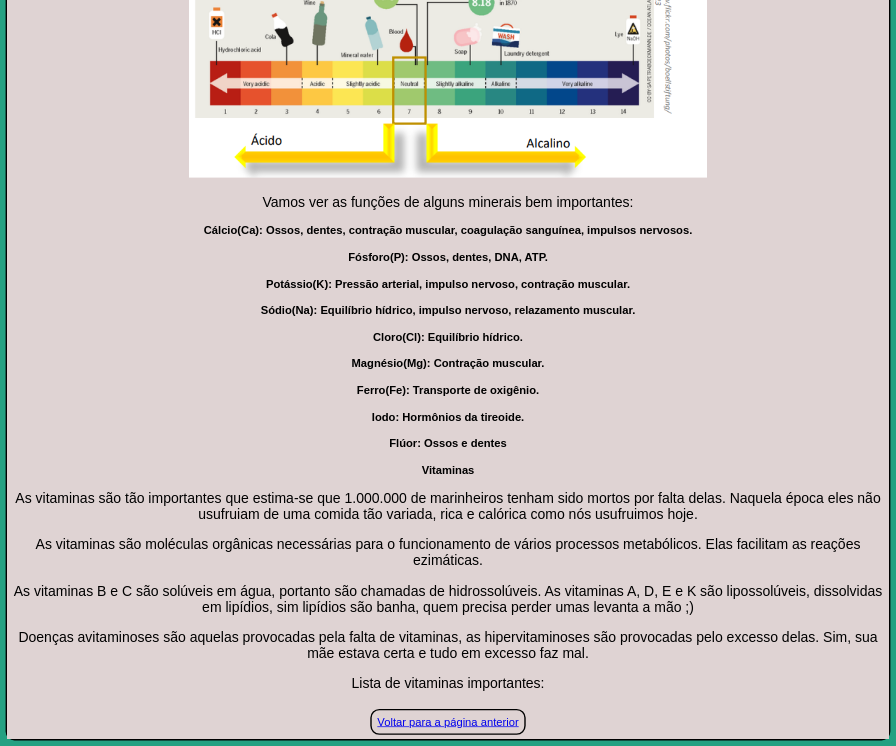
Repository: batmit/FutureFundation.github.io-1
Page: menu/articles/biologia/bioquimica.html
An editor plug-in stored every save of this project. The page is shown before and after the next save, followed by the edit.
The browser window is 1280 px wide. The pictures show the part of the page from y = 1064 to 2984 px (the page is 2130 px tall before and 2984 px after), at 70% of full size.

Above is the page before, as saved 2021-09-22 18:23:00.

After the next save:
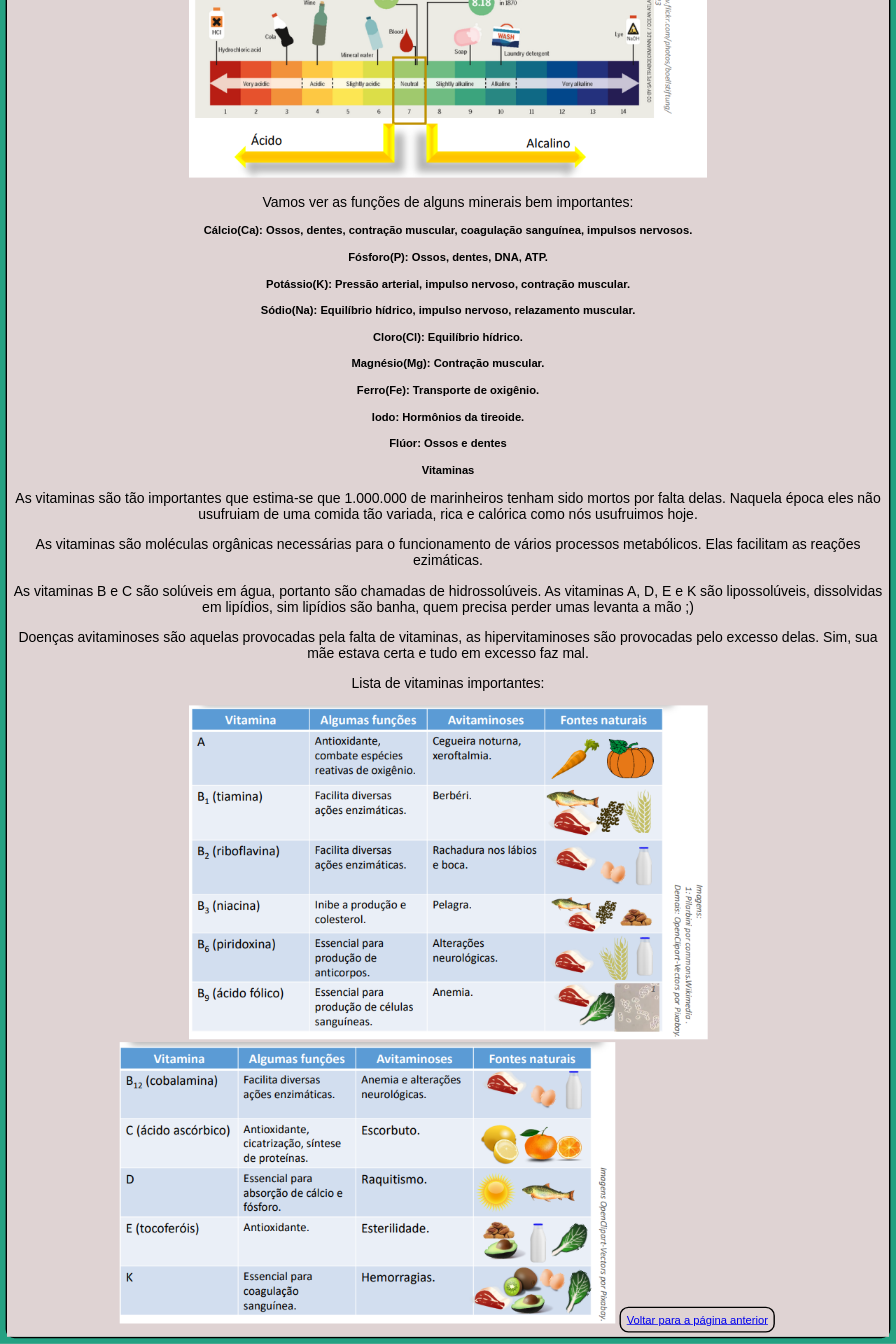
Saved 2 min 41 s later.
--- a/menu/articles/biologia/bioquimica.html
+++ b/menu/articles/biologia/bioquimica.html
@@ -61,7 +61,8 @@
 
         <p>Lista de vitaminas importantes: </p>
 
-
+        <img src="/images/vitmainas_1.PNG" alt="vitmainas">
+        <img src="/images/vitaminas_2.PNG" alt="vitaminas">
 
 
 
